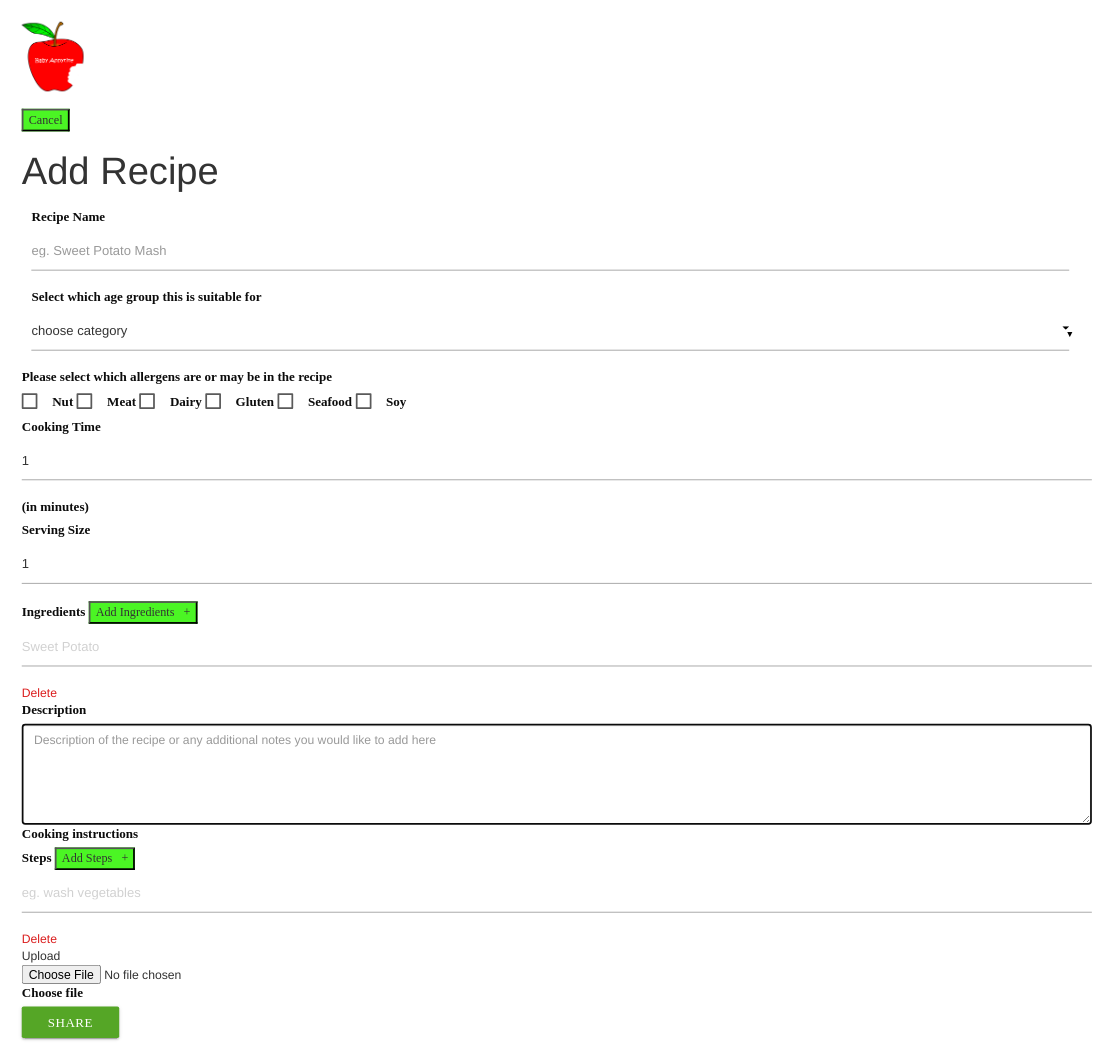
Repository: blueag8/babyappytite
Page: http://localhost/addrecipe
The author's editor kept a record of every edit. The page is drawn from the files as they stood at one moment, then again after the next edit.
The browser window is 1280 px wide. The pictures show the whole page, at 87% of full size.
Some web fonts or font styles are not loaded; a fallback is used. Some web libraries are served in a nearby version. The page is served by the project's application, run on Flask 3 (app.py). Queries for data that is not in the repository find no rows.

Above is the page before.

### templates/addrecipe.html
{% extends 'base.html'%}{% block content %}

 <div class="row">
    <div class="cancel">
     <button onclick="goBack()">Cancel</button>
     </div>
  </div>

  <h3>Add Recipe</h3>

<div class="form row">
<form action="{{ url_for('insert_recipe')}}" name="form" method="POST" class="col s12">
  <div class="row">
    <label class="recipe_name">Recipe Name</label>
      <input type="text" class="form-control" id="recipe_name" name="recipe_name" placeholder="eg. Sweet Potato Mash">
     </div>

      <div class="row">
      <label for="category_age">Select which age group this is suitable for</label>

        <select id="category_age" name="category_age"required>
          <option value=""disabled>choose category</option>

               {% for cat in categories %}
          <option value="{{cat.category_age}}"select>{{cat.category_age}}</option>
               {% endfor %}
        </select>
      </div>
  </div>
</div>

  <div class = "allergens">
     <label for="allergens" name="allergen">Please select which allergens are or may be in the recipe</label>
      <div class="form-check form-check-inline">
        <input class="form-check-input" type="checkbox" id="nut" name="allergen" value="nut">
        <label class="form-check-label" for="nut">Nut</label>


        <input class="form-check-input" type="checkbox" id="meat" name="allergn" value="meat">
        <label class="form-check-label" for="meat">Meat</label>


        <input class="form-check-input" type="checkbox" id="dairy" name="allergen" value="dairy">
        <label class="form-check-label" for="dairy">Dairy</label>

        <input class="form-check-input" type="checkbox" id="gluten" name="allergen" value="gluten">
        <label class="form-check-label" for="gluten">Gluten</label>

        <input class="form-check-input" type="checkbox" id="seafood" name="allergen" value="seafood">
        <label class="form-check-label" for="seafood">Seafood</label>

        <input class="form-check-input" type="checkbox" id="soy" name="allergen" value="soy">
        <label class="form-check-label" for="soy">Soy</label>
    </div>
</div>

<div class="row">
    <label for="cooking_time">Cooking Time</label>

      <input type="number" name="cooking_time" min="0" max="100" step="1" value="1">
      <label>(in minutes)</label>
  </div>

 <div class="row">
    <label for="portion_sizes">Serving Size</label>
    <input type="number" name="portion_size" min="0" max="100" step="1" value="1">
  </div>


<div class="row">
    <div class= "wrapper">
       <div class="container1">
        <label for="ingredients">Ingredients</label>
        <button class="add_ingredients">Add Ingredients &nbsp;
          <span>+ </span>
        </button>
        <div><input type="text" name="ingredient" placeholder="Sweet Potato">
          <a href="#" class="delete">Delete</a></div>
      </div>
    </div>
  </div>
</div>

 <div class="recipe_description">
    <label for="recipe_description">Description</label>
      <div class="row">
      <textarea class="form-control" id="recipe_description" name="recipe_description" rows="5" placeholder="Description of the recipe or any additional notes you would like to add here"></textarea>
       </div>
    </div>

 <div class="steps">
    <label for="add_steps">Cooking instructions</label>
<!-------https://stackoverflow.com/questions/14853779/adding-input-elements-dynamically-to-form ----->
      <div class= "wrapper">
        <div class="container2">
         <label for="Steps">Steps</label>
          <button class="add_steps">Add Steps &nbsp;
            <span>+ </span>
          </button>
            <div><input type="text" name="step" placeholder="eg. wash vegetables">
            <a href="#" class="delete">Delete</a></div>
            </div>
        </div>
     </div>
 </div>


<!--------https://pythonise.com/feed/flask/flask-uploading-files---------------->

  <div class="input-group mb-3">
  <div class="input-group-prepend">
    <span class="input-group-text">Upload</span>
  </div>
  <div class="custom-file">
    <input type="file" enctype="multipart/form-data" class="custom-file-input" id="image" name="image">
    <label class="custom-file-label" for="image">Choose file</label>
  </div>
</div>


<!-- Button trigger modal -->

<button type="button" class="btn btn-primary" data-toggle="modal" data-target=".bd-example-modal-sm">Share</button>

<!-------Modal---------->

<div class="modal fade bd-example-modal-sm" tabindex="-1" role="dialog" aria-labelledby="mySmallModalLabel" aria-hidden="true">
  <div class="modal-dialog modal-sm">
    <div class="modal-content">
    Thank you for Sharing!
    </div>
  </div>
</div>


</form>

 {% endblock %}

### templates/base.html
<!DOCTYPE html>
<html lang="en">
<head>
    <meta charset="UTF-8">
    <meta name="viewport" content="width=device-width, initial-scale=1.0">
    <meta http-equiv="X-UA-Compatible" content="ie=edge">

    <title>"Baby Appy-tite | Recipes for 6 months +"</title>

    <link rel="stylesheet" href="https://maxcdn.bootstrapcdn.com/bootstrap/3.3.7/css/bootstrap.min.css" type="text/css">
    <link rel="stylesheet" href="https://stackpath.bootstrapcdn.com/font-awesome/4.7.0/css/font-awesome.min.css" type="text/css">
    <link href="https://fonts.googleapis.com/css?family=Emilys+Candy&display=swap" rel="stylesheet">
    <link rel="stylesheet" href="https://cdnjs.cloudflare.com/ajax/libs/materialize/0.100.2/css/materialize.min.css">
    <link rel="stylesheet" href="{{url_for('static', filename='css/style.css')}}" type="text/css" />
</head>
<header>
         <div class="nav-wrapper">
              <div class="navbar img">
                 <a class="icon" href="{{url_for('home')}}">
                      <img src="/static/image/babyappytite.png">
                </a>
            </div>
        </div>
      </div>
</header>
<body>
    <div class="container-fluid">
        {% block content %}{% endblock %}
    </div>

    <script src="https://cdnjs.cloudflare.com/ajax/libs/jquery/3.3.1/jquery.min.js"></script>
    <script src="https://cdnjs.cloudflare.com/ajax/libs/jquery/3.2.1/jquery.min.js"></script>
    <script src="https://maxcdn.bootstrapcdn.com/bootstrap/3.3.7/js/bootstrap.min.js" integrity="sha384-Tc5IQib027qvyjSMfHjOMaLkfuWVxZxUPnCJA7l2mCWNIpG9mGCD8wGNIcPD7Txa" crossorigin="anonymous"></script>
    <script src="https://cdnjs.cloudflare.com/ajax/libs/materialize/0.100.2/js/materialize.min.js"></script>

<!------------jquery borrowed from ------------------>
    <script type="text/javascript">
     $(document).ready(function() {
    var max_fields = 10;
    var wrapper = $(".container1");
    var add_button = $(".add_ingredients");
    var x = 1;
    $(add_button).click(function(e) {
        e.preventDefault();
        if (x < max_fields) {
            x++;
            $(wrapper).append('<div><ol><input type="text" name="ingredient[]"/></ol><a href="#" class="delete">Delete</a></div>'); //add input box
        } else {
            alert('You Reached the limits');
        }
    });
    $(wrapper).on("click", ".delete", function(e) {
        e.preventDefault();
        $(this).parent('div').remove();
        x--;
    });
 });
    </script>

 <script type="text/javascript">
 $(document).ready(function() {
    var max_fields = 10;
    var wrapper = $(".container2");
    var add_button = $(".add_steps");
    var x = 1;
    $(add_button).click(function(e) {
        e.preventDefault();
        if (x < max_fields) {
            x++;
            $(wrapper).append('<div><ol><input type="text" name="step[]"/></ol><a href="#" class="delete">Delete</a></div>'); //add input box
        } else {
            alert('You Reached the limits');
        }
    });
    $(wrapper).on("click", ".delete", function(e) {
        e.preventDefault();
        $(this).parent('div').remove();
        x--;
    });
 });
      </script>

 <!---------functionality from bootstrap and materialize ref------->
  <script type="text/javascript">
    $(document).ready(function() {
    $('select').material_select();

     $('#myModal').on('shown.bs.modal', function () {
  $('#myInput').trigger('focus')
});

  });
    </script>



  <script>
function goBack() {
  window.history.back();
}
</script>


</body>

</html>

### app.py
import pymongo
import os


from bson.objectid import ObjectId
from flask import Flask, render_template, redirect, request, url_for, flash
from flask_pymongo import PyMongo

#connect to database
app = Flask(__name__)


#set app variables
app.config["MONGO_DBNAME"] = os.environ.get("MONGO_DBNAME")
app.config["MONGO_URI"] = os.environ.get("MONGO_URI")

#app.config["IMAGE_UPLOADS"] ="/home/ubuntu/environment/static/image/uploads"

mongo = PyMongo(app)


#home page



@app.route('/')
def home():
    return render_template("index.html", categories=mongo.db.categories.find())

#get
#single recipe

@app.route('/recipe/<recipe_id>')
def recipe(recipe_id):

      return render_template("recipe.html", recipes=mongo.db.recipes.find({"_id": ObjectId(recipe_id)}))
#TEST1

#recipes categorized per page route

#@app.route('/recipes')
#def recipes():
   # recipes=mongo.db.recipes.find()
    #TEST
    #for recipe in recipes:
      #  print(recipe)

   # return render_template("recipes.html")


#sort recipes by age group

@app.route('/sixmonth_recipes')
def sixmonth_recipes():
   return render_template("recipes.html", recipes=mongo.db.recipes.find({"category_age":"6 months +"}))

@app.route('/sevenmonth_recipes')
def sevenmonth_recipes():
    return render_template("recipes.html", recipes=mongo.db.recipes.find({"category_age":"7 months +"}))

@app.route('/tenmonth_recipes')
def tenmonth_recipes():
    return render_template("recipes.html", recipes=mongo.db.recipes.find({"category_age":"10 months +"}))

@app.route('/twelvemonth_recipes')
def twelvemonth_recipes():
    return render_template("recipes.html",recipes=mongo.db.recipes.find({"category_age":"12 months +"}))

#add recipe

@app.route('/addrecipe')
def addrecipe():

    return render_template("addrecipe.html", categories=mongo.db.categories.find())

#@app.route('/insert_recipe', methods=['POST'])
#def insert_recipe():
   # recipes=mongo.db.recipes
   # recipes.insert(request.form.to.dict(flat=False))
   # flash ("Thank you, your recipe has been added!")

    #return render_template("addrecipe.html", recipe=recipe)
    #Test1 Failed


    #Testing2
@app.route('/insert_recipe', methods=['POST'])
def insert_recipe():
   # if 'image' in request.files:
        #filename = images.save(request.files['image'])
        #filepath = '../static/images/' + filename
    recipes=mongo.db.recipes


    recipe_name=request.form["recipe_name"]
    category_age=request.form.get("category_age")
    cooking_time=int(request.form["cooking_time"])
    portion_size=int(request.form["portion_size"])
    allergens=request.form.getlist("allergen")
    ingredients=request.form.getlist("ingredient")
    recipe_description=request.form["recipe_description"]
    steps=request.form.getlist("step")

    form={

        "recipe_name":recipe_name,
        "category_age":category_age,
        "cooking_time":cooking_time,
        "portion_size":portion_size,
        "allergen": allergens,
        "ingredient": ingredients,
        "recipe_description":recipe_description,
        "step": steps,

          }

        #"image": filepath

    recipes.insert_one(form)
    return redirect(url_for('home'))

#edit recipe
#@app.route('/editrecipe/<recipe_id>', methods=['GET','POST'])
#def editrecipe(recipe_id):

    #return render_template("testform.html",recipes=mongo.db.recipes.find(),
          # categories=mongo.db.categories.find())
    #return render_template("editrecipe.html",recipes=mongo.db.recipes.find({"_id": ObjectId(recipe_id)}),
          # categories=mongo.db.categories.find())

#TESTING
@app.route('/editrecipe/<recipe_id>')
def editrecipe(recipe_id):
    recipe = mongo.db.recipes.find_one({'_id': ObjectId(recipe_id)})
    categories=mongo.db.categories.find()
    return render_template('editrecipe.html', recipe=recipe, categories=categories)

@app.route('/update_recipe/<recipe_id>', methods=['POST'])
def update_recipe(recipe_id):


    #if request.method == "POST":
      # if request.files:


    recipes=mongo.db.recipes
    recipes.update( {'_id': ObjectId(recipe_id)},

    {
            'recipe_name':request.form.get("recipe_name"),
            'category_age':request.form.get("category_age"),
            'cooking_time':int(request.form["cooking_time"]),
            'portion_size':int(request.form["portion_size"]),
            'allergens':request.form.getlist('check'),
            'ingredients':request.form.getlist("ingredient"),
            'recipe_description':request.form.get("recipe_description"),
            'steps':request.form.getlist("step"),
            #'image':request.files["image"]
      })


    #flash ("Thank you, your recipe has been added!")
    return redirect(url_for('home'))


@app.route('/delete_recipe/<recipe_id>')
def delete_recipe(recipe_id):
    mongo.db.recipes.remove({'_id': ObjectId(recipe_id)})
    return redirect(url_for('home', recipe=recipe))

# routing for likes
#referred to another student's code for likes.

@app.route('/stars/<recipe_id>',methods=["GET", "POST"])
def stars(recipe_id):

    mongo.db.recipes.find_one_and_update(
        {'_id': ObjectId(recipe_id)},
        { '$inc': { 'stars': 1}}
    )

    return redirect(url_for('recipe',recipe_id=recipe_id))

@app.route("/upload-image", methods=["GET", "POST"])
#def upload_image():

  #  if request.method == "POST":

      #  if request.files:

          #  image = request.files["image"]

          # image.save(os.path.join(app.config["IMAGE_UPLOADS"], image.filename))


          # return redirect(request.url)



@app.route('/recipes', methods=['GET', 'POST'])
def recipes():

    if request.method == 'POST':

       category_age=request.form.get("category_age")
       category_age=mongo.db.categories.find()

    if recipe.category_age == "6 months +":
       return redirect(url_for('sixmonth_recipes'))

    if category_age == "7 months +":
       return redirect(url_for('sevenmonth_recipes'))

    if  category_age == "10 months +":
        return redirect(url_for('tenmonth_recipes'))

    if category_age == "12 months +":
       return redirect(url_for('twelvemonth_recipes'))

    else:
        return redirect(url_for('home'))



    return render_template("recipes.html")


if __name__ == '__main__':
    app.run(host=os.environ.get('IP'),
            port=int(os.environ.get('PORT')),
            debug=True)

### static/css/style.css
/*---------Navbar----------*/
.navbar {
    position: relative;
    min-height: 50px;
    margin-bottom: 20px;
    border: none;
    background-color: transparent;
}
.navbar-brand img {
    height: 50px;
}

 /* icon prefix focus color */
.input-field .prefix.active {
     color: red;
   }

.btn, .btn-large {

    background-color: #55a626;

}
body{
    padding:25px;
}
img {
    height: 170px;
}

img .edit {
    height: 80px;
}
.apple img {
    height: 250px;
}


.caterpillar img {
    height: 128px;
}
card-body {
    font-size: large;
    text-align: justify;
    text-align: right;
    padding: 20px;
    margin: 20px;
    font-style: inherit;
}

p.recipe {
    float: right;
}

a {
    color: inherit;
}

.navbar img {
    height: 80px;
}

.form-control {
    color: #0c0c0c;
    background-color: #fff;
    background-image: none;
    border: 2px solid #0b0b0b;
}
label {
   color: #0c0c0c;
    font-family: 'Emilys Candy', cursive;
    /* font-family: Emily; */
    font-size: 15px;
}

button{
    background-color: #4bf524;
    font-family: 'Emily';
}
.delete {
    color: #db1f1f;
}


/*-----Media Queries--------*/

@media (min-width: 375px)
{
.container-fluid {
    padding-right: 15px;
    padding-left: 0;
}
.row {

    margin-bottom: 0px;
}

.age img {
    height: 170px;
}
apple img {
    height: 180px;
}
.caterpillar img {
    height: 80px;
}
img.edit {
    height: 50px;
}
}

After the next edit:
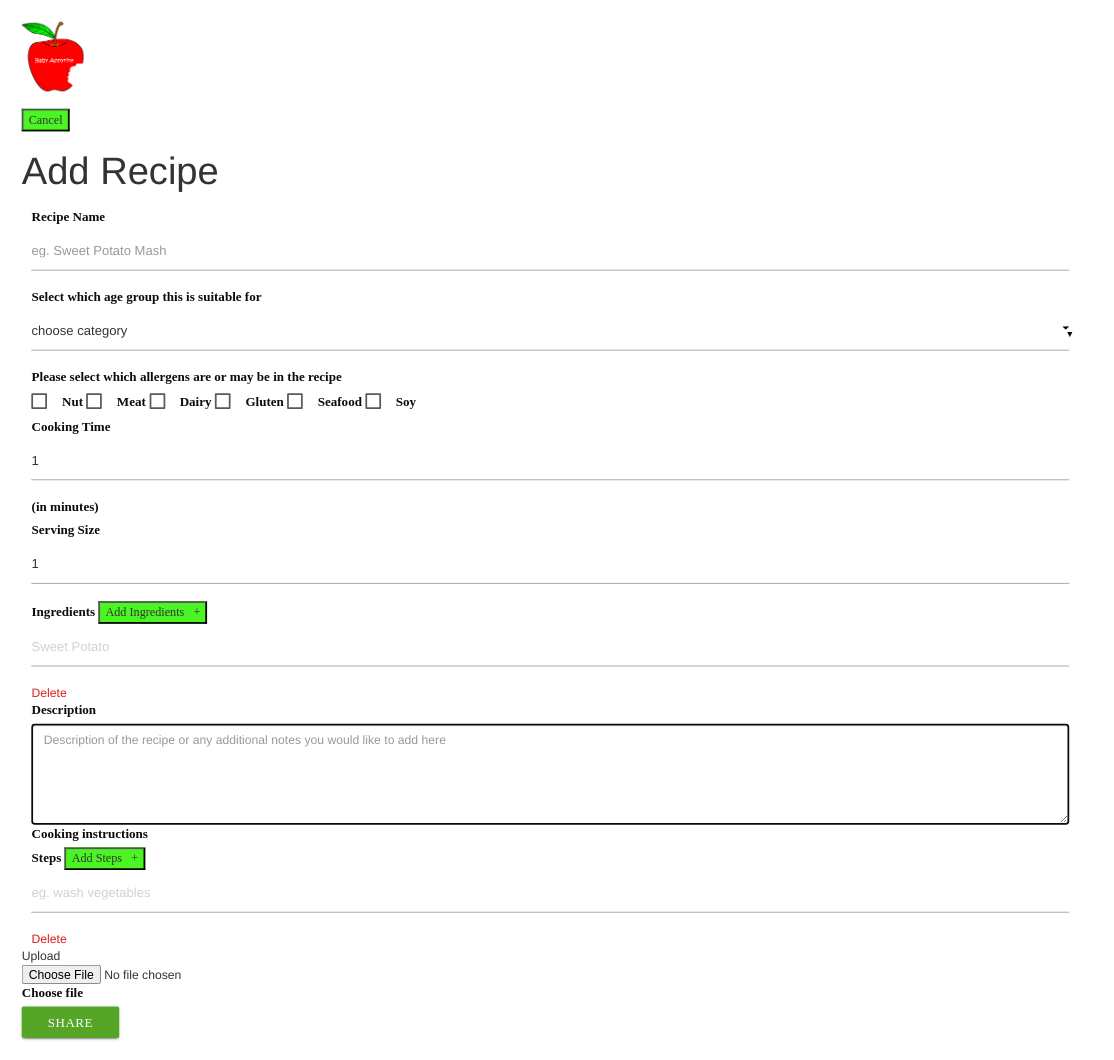
The edit:
--- a/templates/addrecipe.html
+++ b/templates/addrecipe.html
@@ -26,9 +26,8 @@
                {% endfor %}
         </select>
       </div>
-  </div>
-</div>
 
+ <div class="row">
   <div class = "allergens">
      <label for="allergens" name="allergen">Please select which allergens are or may be in the recipe</label>
       <div class="form-check form-check-inline">
